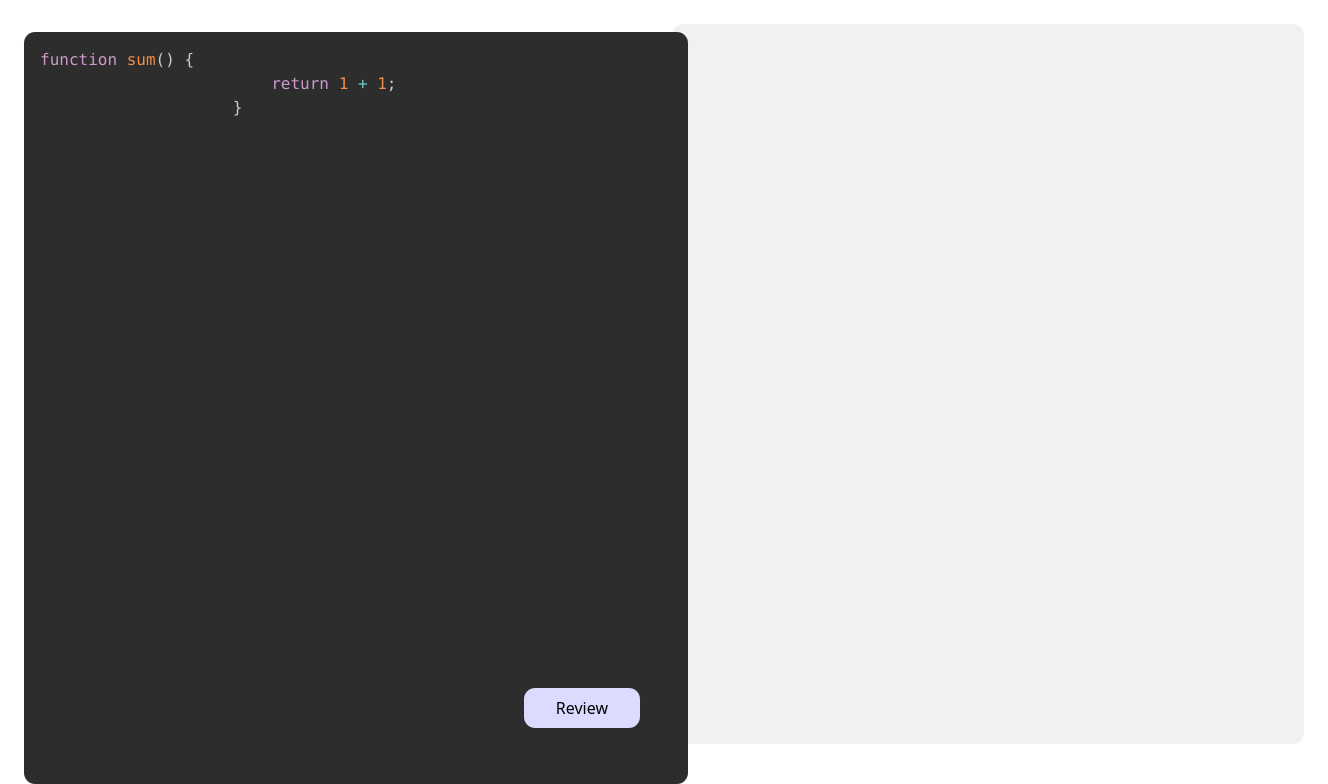
Repository: swarnabha-dutta/ai-code-reviewer
Page: / (app in frontend/)
These files come from the project's save history. The page is drawn as it stood at one moment and after the next save; the edit follows.
The browser window is 1280 px wide. The page is 1328 px wide, then 1280 px, so the pictures cover 1328 px, including what lies to the right of the window. The pictures show the whole page.
The project was rebuilt for these pictures with package versions that can differ from the ones it lists, and the page was loaded fresh each time. Also part of the build but not shown: frontend/vite.config.js.

Above is the page before, as saved 2025-06-07 08:59:35.

### frontend/src/App.jsx
import { useEffect ,useState} from 'react';
import './App.css'
import "prismjs/themes/prism-tomorrow.css";
import prism from "prismjs";
import './App.css'

function App() {
  const [count, setCount] = useState(0);

 useEffect(() => {
   prism.highlightAll();
 })

  return (
    <>
      <main>
        <div className="left">
          <div className="code">
            <pre>
              <code className="language-javascript">
                    {`function sum() {
                        return 1 + 1;
                    }`}
              </code>
            </pre>
          </div>
          <div className="review">Review</div>
        </div>
        <div className="right"></div>
     </main>
    </>
  )
}





export default App

### frontend/src/App.css
* {
  margin: 0%;
  padding: 0%;
  box-sizing: border-boc;
}

html,
body,
#root {
  height: 100%;
  width: 100%;
}

main {
  height: 100%;
  width: 100%;
  padding: 1.5rem;
  display: flex;
  gap: 1rem;
}

main .left,
main .right {
  height: 100%;
  flex-basis: 50%;
  border-radius: 0.7rem;
}

main .left {
  background-color: #fff;
  position: relative;
}

.left .code,
.code pre,
.code pre code {
  height: 100%;
  width: 100%;
  margin: 0;
  border-radius: 0.7rem;
}
main .left .review {
  position: absolute;
  bottom: 1rem;
  right: 1rem;
  background-color: rgb(219, 219, 255);
  color: #000;
  padding: 0.5rem 2rem;
  font-weight: 500;
  border-radius: 0.7rem;
  cursor: pointer;
  user-select: none;
}

main .right {
  background-color: #e8e8e89f;
}

Loaded but not shown: frontend/index.html (common file); frontend/src/main.jsx (common file); frontend/src/index.css (common file)

After the next save:
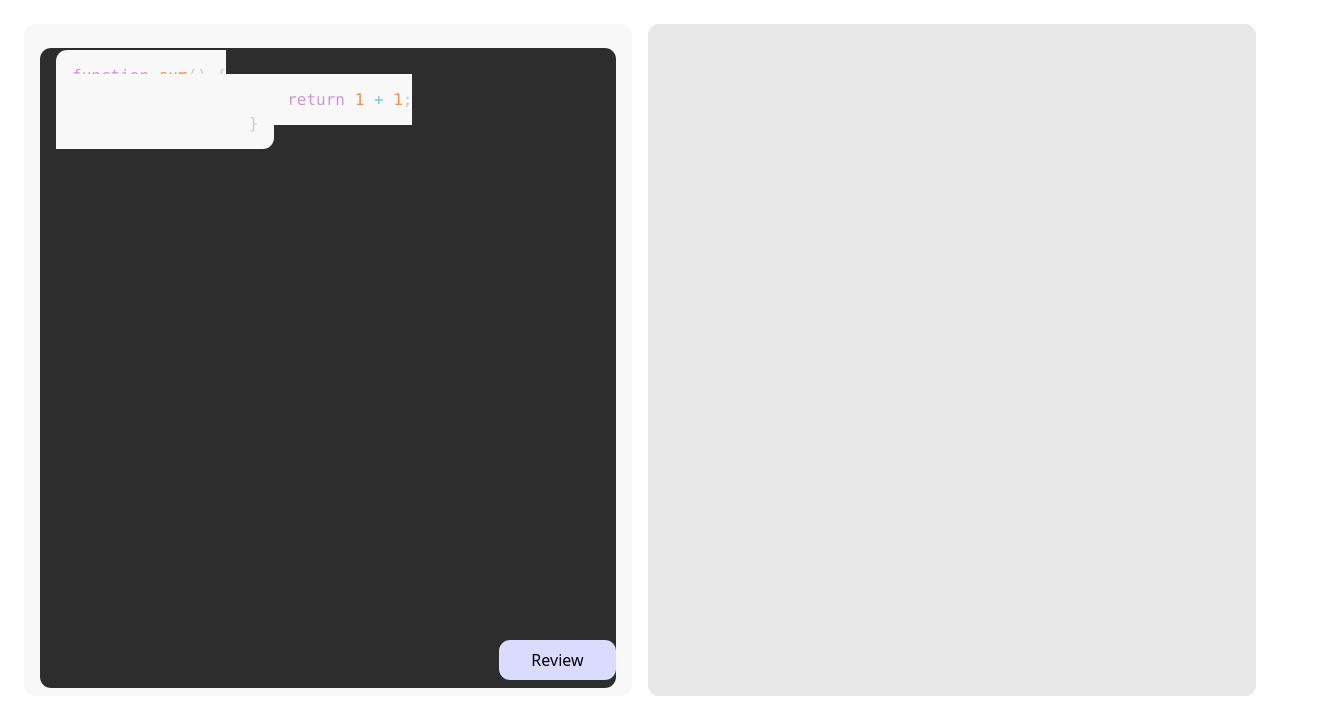
Saved 96 s later.
--- a/frontend/src/App.css
+++ b/frontend/src/App.css
@@ -1,7 +1,7 @@
 * {
-  margin: 0%;
-  padding: 0%;
-  box-sizing: border-boc;
+  margin: 0;
+  padding: 0;
+  box-sizing: border-box; /* fixed typo */
 }
 
 html,
@@ -24,10 +24,11 @@ main .right {
   height: 100%;
   flex-basis: 50%;
   border-radius: 0.7rem;
+  overflow: hidden; /* to contain child border-radius */
 }
 
 main .left {
-  background-color: #fff;
+  background-color: #ffffff;
   position: relative;
 }
 
@@ -38,7 +39,11 @@ main .left {
   width: 100%;
   margin: 0;
   border-radius: 0.7rem;
+  background-color: #f8f8f8; /* Optional: match light background */
+  padding: 1rem;
+  overflow: auto;
 }
+
 main .left .review {
   position: absolute;
   bottom: 1rem;
@@ -50,8 +55,12 @@ main .left .review {
   border-radius: 0.7rem;
   cursor: pointer;
   user-select: none;
+  z-index: 10;
 }
 
 main .right {
-  background-color: #e8e8e89f;
+  background-color: #e8e8e8;
+  padding: 1rem 2rem;
+  font-size: 1.5rem;
+  overflow: auto;
 }
